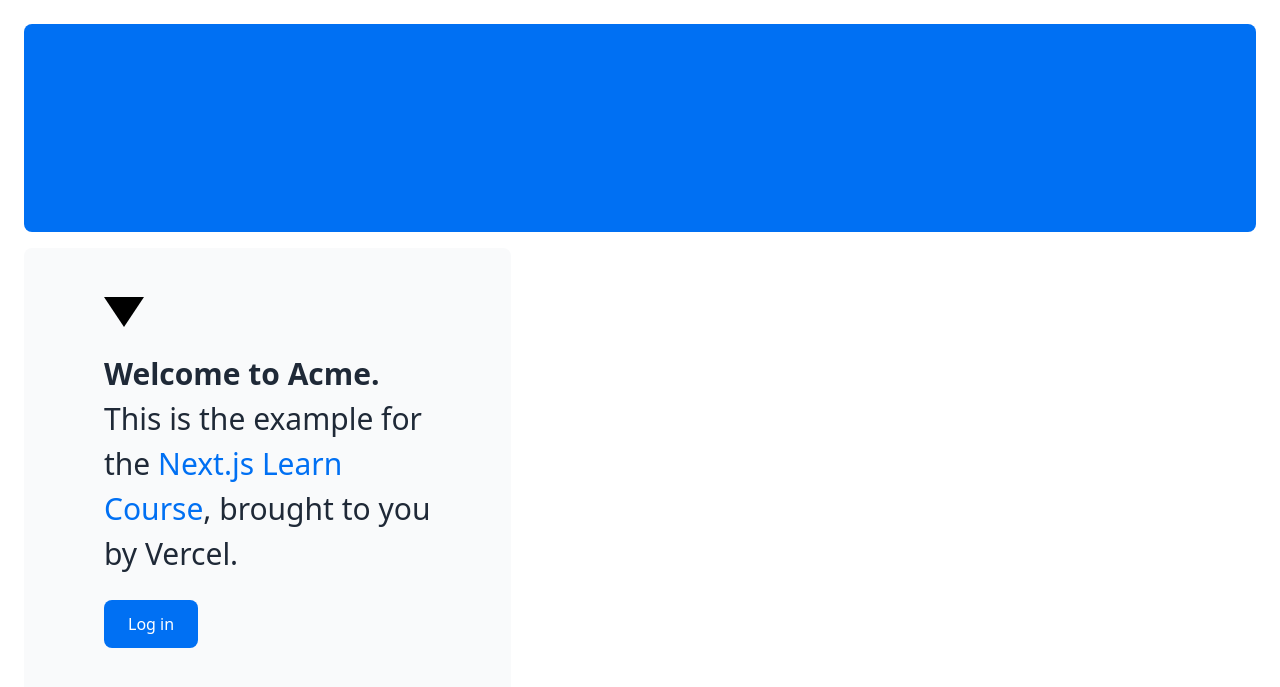
Repository: julietsawyerr/nextjs-dashboard
Page: /
These files come from the project's save history. The page is drawn as it stood at one moment and after a run of saves; the edit follows.
The browser window is 1280 px wide. The pictures show the whole page.
The project was rebuilt for these pictures with package versions that can differ from the ones it lists, and the page was loaded fresh each time. The framework's server and built-in components were replaced by stand-ins that run in the browser. Also part of the build but not shown: next.config.js.

Above is the page before, as saved 2023-11-06 11:10:57.

### app/page.tsx
import AcmeLogo from '@/app/ui/acme-logo';

import Link from 'next/link';
export default function Page() {
  return (
    <main className="flex min-h-screen flex-col p-6">
      <div className="flex h-20 shrink-0 items-end rounded-lg bg-blue-500 p-4 md:h-52">
        {/* <AcmeLogo /> */}
      </div>
      <div className="mt-4 flex grow flex-col gap-4 md:flex-row">
        <div className="flex flex-col justify-center gap-6 rounded-lg bg-gray-50 px-6 py-10 md:w-2/5 md:px-20">

        <div className="h-0 w-0 border-t-[30px] border-l-[20px] border-r-[20px] border-t-black border-l-transparent border-r-transparent"/>

          <p className={`text-xl text-gray-800 md:text-3xl md:leading-normal`}>
            <strong>Welcome to Acme.</strong> This is the example for the{' '}
            <a href="https://nextjs.org/learn/" className="text-blue-500">
              Next.js Learn Course
            </a>
            , brought to you by Vercel.
          </p>
          <Link
            href="/login"
            className="flex items-center gap-5 self-start rounded-lg bg-blue-500 px-6 py-3 text-sm font-medium text-white transition-colors hover:bg-blue-400 md:text-base"
          >
            <span>Log in</span>
          </Link>
        </div>
        <div className="flex items-center justify-center p-6 md:w-3/5 md:px-28 md:py-12">
          {/* Add Hero Images Here */}
        </div>
      </div>
    </main>
  );
}

Loaded but not shown: app/layout.tsx (common file); app/ui/global.css (common file); tailwind.config.ts (common file)

After the next 3 saves:
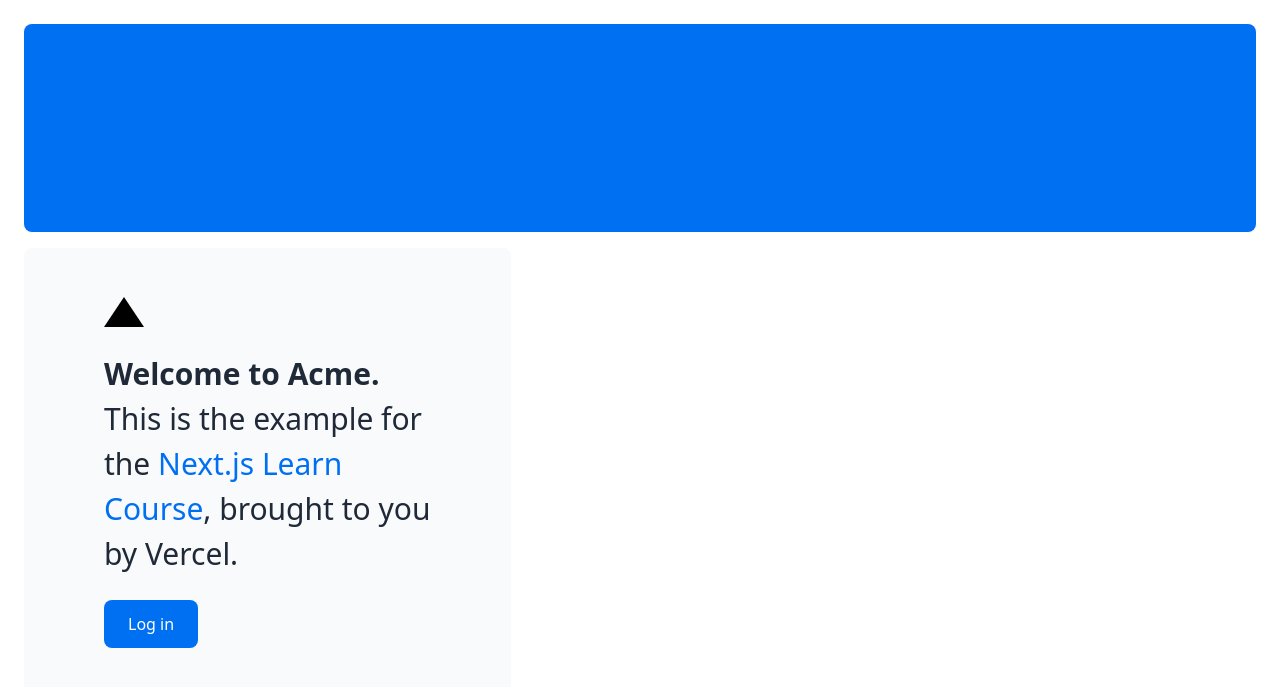
The 3 saves are shown as one change because they came seconds apart.
The last was saved 15 s later.
--- a/app/page.tsx
+++ b/app/page.tsx
@@ -10,7 +10,7 @@ export default function Page() {
       <div className="mt-4 flex grow flex-col gap-4 md:flex-row">
         <div className="flex flex-col justify-center gap-6 rounded-lg bg-gray-50 px-6 py-10 md:w-2/5 md:px-20">
 
-        <div className="h-0 w-0 border-t-[30px] border-l-[20px] border-r-[20px] border-t-black border-l-transparent border-r-transparent"/>
+        <div className="h-0 w-0 border-b-[30px] border-l-[20px] border-r-[20px] border-b-black border-l-transparent border-r-transparent"/>
 
           <p className={`text-xl text-gray-800 md:text-3xl md:leading-normal`}>
             <strong>Welcome to Acme.</strong> This is the example for the{' '}
